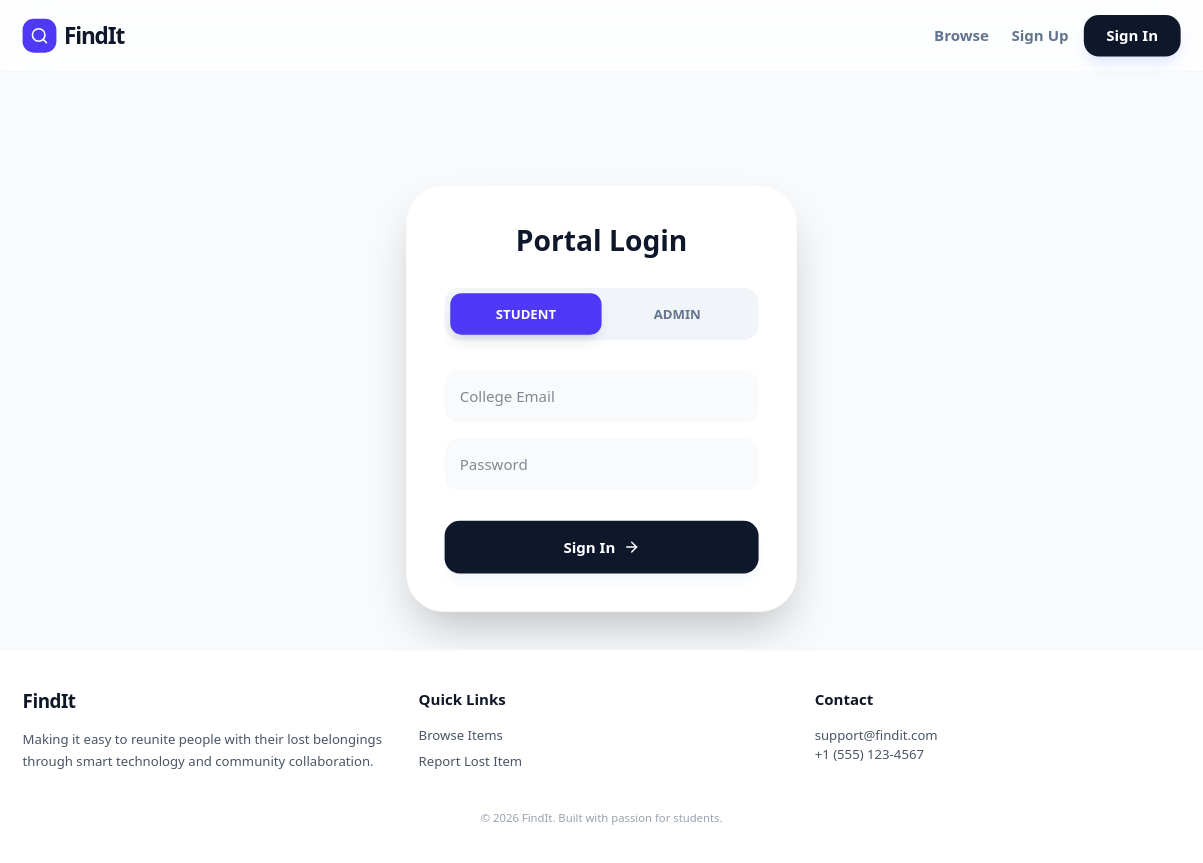
Repository: roygaurav007/lost-and-found
Page: /login (app in Frontend/client/)
These files come from the project's save history. The page is drawn as it stood at one moment and after the next save; the edit follows.
The browser window is 1280 px wide. The pictures show the whole page, at 94% of full size.
The project was rebuilt for these pictures with package versions that can differ from the ones it lists, and the page was loaded fresh each time. Also part of the build but not shown: Frontend/client/vite.config.js, Frontend/client/src/pages/Home.jsx, Frontend/client/src/pages/Signup.jsx, Frontend/client/src/utils/formSchemas.js, Frontend/client/src/pages/ReportItem.jsx, Frontend/client/src/pages/BrowseItems.jsx, Frontend/client/src/pages/AdminDashboard.jsx, Frontend/client/src/pages/UserDashboard.jsx.

Above is the page before, as saved 2026-02-04 22:11:21.

After the next save:
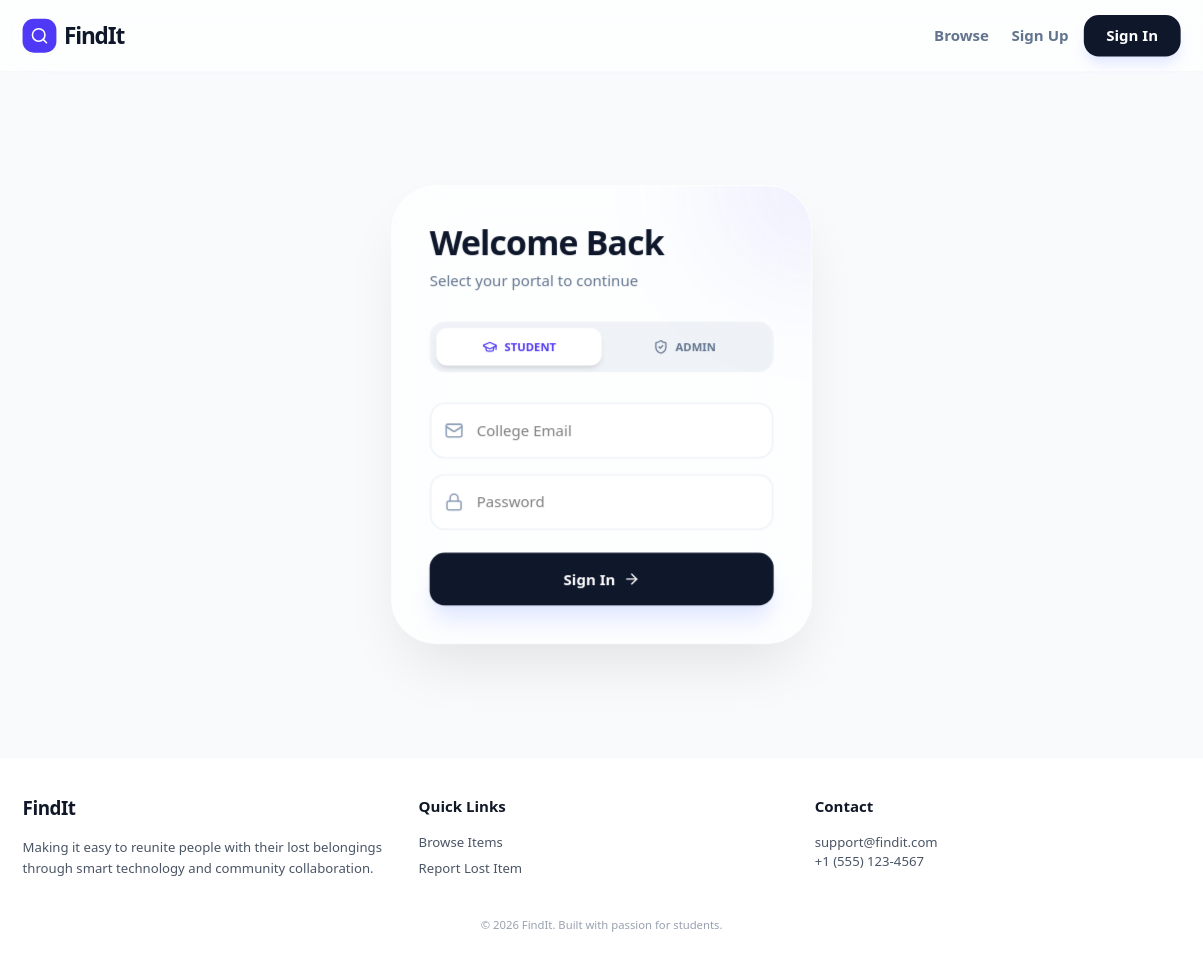
Saved 25 min 27 s later.
--- a/Frontend/client/src/pages/Login.jsx
+++ b/Frontend/client/src/pages/Login.jsx
@@ -1,62 +1,103 @@
-import { useState } from 'react';
+import { useState, useEffect } from 'react';
 import { useNavigate } from 'react-router-dom';
 import { useAuth } from '../context/AuthContext';
-import { motion } from 'framer-motion';
-import { ArrowRight } from 'lucide-react';
+import { motion, AnimatePresence } from 'framer-motion';
+import { ArrowRight, Mail, Lock, ShieldCheck, GraduationCap } from 'lucide-react';
 
 const Login = () => {
   const [role, setRole] = useState('user');
-  const [email, setEmail] = useState(''); // 🆕 Added state for email
-  const [password, setPassword] = useState(''); // 🆕 Added state for password
-  const { login } = useAuth();
+  const [email, setEmail] = useState('');
+  const [password, setPassword] = useState('');
+  const { user, login } = useAuth();
   const navigate = useNavigate();
+
+  useEffect(() => {
+    if (user) {
+      user.role === 'admin' ? navigate('/admin') : navigate('/student-hub');
+    }
+  }, [user, navigate]);
 
   const handleLogin = async (e) => {
     e.preventDefault();
-
-    // ✅ Pass email and password along with role
     const success = await login(email, password, role);
-
     if (success) {
       role === 'admin' ? navigate('/admin') : navigate('/student-hub');
     }
   };
 
   return (
-    <div className="max-w-md mx-auto mt-20 px-4">
-      <motion.div initial={{ opacity: 0, scale: 0.9 }} animate={{ opacity: 1, scale: 1 }} className="bg-white p-10 rounded-[2.5rem] shadow-2xl border border-slate-50">
-        <h2 className="text-3xl font-black text-center mb-8 text-slate-900">Portal Login</h2>
+    <div className="min-h-[90vh] flex items-center justify-center px-4 bg-[radial-gradient(circle_at_top_right,_var(--tw-gradient-stops))] from-slate-50 via-white to-indigo-50/30">
+      <motion.div
+        initial={{ opacity: 0, y: 30 }}
+        animate={{ opacity: 1, y: 0 }}
+        transition={{ duration: 0.8, ease: "easeOut" }}
+        className="w-full max-w-md"
+      >
+        <div className="bg-white/70 backdrop-blur-2xl p-10 rounded-[3rem] shadow-[0_32px_64px_-15px_rgba(0,0,0,0.1)] border border-white/40 relative overflow-hidden">
+          {/* Decorative Glow */}
+          <div className="absolute -top-24 -right-24 w-48 h-48 bg-indigo-500/10 blur-3xl rounded-full" />
 
-        <div className="flex bg-slate-100 p-1.5 rounded-2xl mb-8 relative">
-          <motion.div
-            animate={{ x: role === 'user' ? 0 : '100%' }}
-            className="absolute top-1.5 bottom-1.5 left-1.5 w-[calc(50%-6px)] bg-indigo-600 rounded-xl shadow-lg"
-          />
-          <button onClick={() => setRole('user')} className={`flex-1 py-3 text-sm font-black z-10 transition ${role === 'user' ? 'text-white' : 'text-slate-500'}`}>STUDENT</button>
-          <button onClick={() => setRole('admin')} className={`flex-1 py-3 text-sm font-black z-10 transition ${role === 'admin' ? 'text-white' : 'text-slate-500'}`}>ADMIN</button>
+          <div className="relative z-10">
+            <h2 className="text-4xl font-black text-slate-900 mb-2 tracking-tight">Welcome Back</h2>
+            <p className="text-slate-500 mb-8 font-medium">Select your portal to continue</p>
+
+            {/* Elegant Role Switcher */}
+            <div className="flex bg-slate-200/50 p-1.5 rounded-2xl mb-8 relative border border-slate-100">
+              <motion.div
+                animate={{ x: role === 'user' ? 0 : '100%' }}
+                transition={{ type: "spring", stiffness: 300, damping: 30 }}
+                className="absolute top-1.5 bottom-1.5 left-1.5 w-[calc(50%-6px)] bg-white rounded-xl shadow-md"
+              />
+              <button
+                onClick={() => setRole('user')}
+                className={`flex-1 py-3 text-xs font-black z-10 flex items-center justify-center gap-2 transition-colors duration-300 ${role === 'user' ? 'text-indigo-600' : 'text-slate-500'}`}
+              >
+                <GraduationCap size={16} /> STUDENT
+              </button>
+              <button
+                onClick={() => setRole('admin')}
+                className={`flex-1 py-3 text-xs font-black z-10 flex items-center justify-center gap-2 transition-colors duration-300 ${role === 'admin' ? 'text-indigo-600' : 'text-slate-500'}`}
+              >
+                <ShieldCheck size={16} /> ADMIN
+              </button>
+            </div>
+
+            <form onSubmit={handleLogin} className="space-y-4">
+              <div className="group relative">
+                <Mail className="absolute left-4 top-1/2 -translate-y-1/2 text-slate-400 group-focus-within:text-indigo-500 transition-colors" size={20} />
+                <input
+                  type="email"
+                  placeholder="College Email"
+                  value={email}
+                  onChange={(e) => setEmail(e.target.value)}
+                  className="w-full pl-12 pr-4 py-4 bg-white rounded-2xl outline-none border-2 border-slate-100 focus:border-indigo-500 focus:ring-4 focus:ring-indigo-500/5 transition-all"
+                  required
+                />
+              </div>
+
+              <div className="group relative">
+                <Lock className="absolute left-4 top-1/2 -translate-y-1/2 text-slate-400 group-focus-within:text-indigo-500 transition-colors" size={20} />
+                <input
+                  type="password"
+                  placeholder="Password"
+                  value={password}
+                  onChange={(e) => setPassword(e.target.value)}
+                  className="w-full pl-12 pr-4 py-4 bg-white rounded-2xl outline-none border-2 border-slate-100 focus:border-indigo-500 focus:ring-4 focus:ring-indigo-500/5 transition-all"
+                  required
+                />
+              </div>
+
+              <motion.button
+                whileHover={{ scale: 1.01 }}
+                whileTap={{ scale: 0.98 }}
+                type="submit"
+                className="w-full bg-slate-900 text-white py-4 rounded-2xl font-black flex items-center justify-center gap-2 hover:bg-indigo-600 transition-all duration-300 shadow-xl shadow-indigo-100 mt-6"
+              >
+                Sign In <ArrowRight size={18} />
+              </motion.button>
+            </form>
+          </div>
         </div>
-
-        <form onSubmit={handleLogin} className="space-y-4">
-          <input
-            type="email"
-            placeholder="College Email"
-            value={email}
-            onChange={(e) => setEmail(e.target.value)} // 🆕 Track email input
-            className="w-full p-4 bg-slate-50 rounded-2xl outline-none focus:ring-2 focus:ring-indigo-500 text-slate-900"
-            required
-          />
-          <input
-            type="password"
-            placeholder="Password"
-            value={password}
-            onChange={(e) => setPassword(e.target.value)} // 🆕 Track password input
-            className="w-full p-4 bg-slate-50 rounded-2xl outline-none focus:ring-2 focus:ring-indigo-500 text-slate-900"
-            required
-          />
-          <button type="submit" className="w-full bg-slate-900 text-white py-4 rounded-2xl font-black flex items-center justify-center gap-2 hover:bg-indigo-600 transition mt-4 shadow-lg shadow-slate-100">
-            Sign In <ArrowRight size={18} />
-          </button>
-        </form>
       </motion.div>
     </div>
   );
